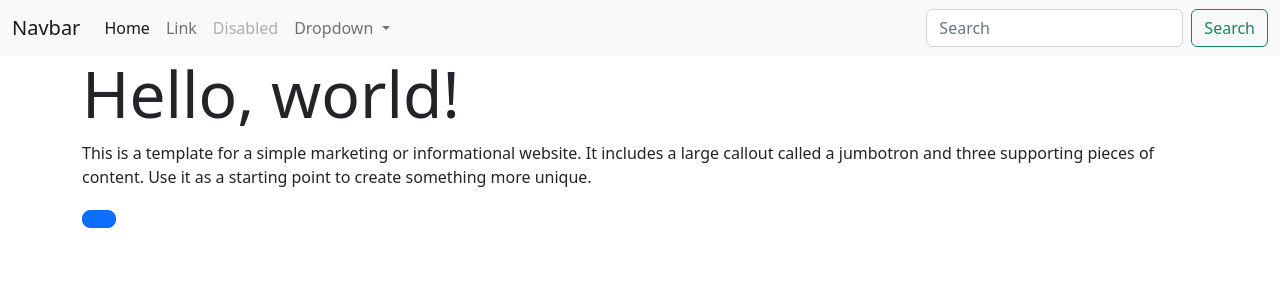
Repository: trongtamdev/lession1_html_sleepcloud
Page: jumbotron.html
These files come from the project's save history. The page is drawn as it stood at one moment and after the next save; the edit follows.
The browser window is 1280 px wide. The pictures show the whole page.

Above is the page before, as saved 2022-09-10 15:19:29.

### jumbotron.html
<!DOCTYPE html>
<html lang="en">
  <head>
    <meta charset="UTF-8" />
    <meta http-equiv="X-UA-Compatible" content="IE=edge" />
    <meta name="viewport" content="width=device-width, initial-scale=1.0" />
    <title>Jumbotron</title>
    <link href="./styles/bootstrap.css" rel="stylesheet" />
    <script src="https://cdn.jsdelivr.net/npm/bootstrap@5.2.1/dist/js/bootstrap.bundle.min.js"></script>
  </head>
  <body>
    <nav class="navbar navbar-expand-lg bg-light">
      <div class="container-fluid">
        <a class="navbar-brand" href="#">Navbar</a>
        <button
          class="navbar-toggler"
          type="button"
          data-bs-toggle="collapse"
          data-bs-target="#navbarSupportedContent"
          aria-controls="navbarSupportedContent"
          aria-expanded="false"
          aria-label="Toggle navigation"
        >
          <span class="navbar-toggler-icon"></span>
        </button>
        <div class="collapse navbar-collapse" id="navbarSupportedContent">
          <ul class="navbar-nav me-auto mb-2 mb-lg-0">
            <li class="nav-item">
              <a class="nav-link active" aria-current="page" href="#">Home</a>
            </li>
            <li class="nav-item">
              <a class="nav-link" href="#">Link</a>
            </li>
            <li class="nav-item">
              <a class="nav-link disabled">Disabled</a>
            </li>
            <li class="nav-item dropdown">
              <a
                class="nav-link dropdown-toggle"
                href="#"
                role="button"
                data-bs-toggle="dropdown"
                aria-expanded="false"
              >
                Dropdown
              </a>
              <ul class="dropdown-menu">
                <li><a class="dropdown-item" href="#">Action</a></li>
                <li><a class="dropdown-item" href="#">Another action</a></li>
                <li><hr class="dropdown-divider" /></li>
                <li>
                  <a class="dropdown-item" href="#">Something else here</a>
                </li>
              </ul>
            </li>
          </ul>
          <form class="d-flex" role="search">
            <input
              class="form-control me-2"
              type="search"
              placeholder="Search"
              aria-label="Search"
            />
            <button class="btn btn-outline-success" type="submit">
              Search
            </button>
          </form>
        </div>
      </div>
    </nav>

    <main>
      <div class="jumbotron">
        <div class="container">
          <h1 class="display-3">Hello, world!</h1>
          <p>
            This is a template for a simple marketing or informational website.
            It includes a large callout called a jumbotron and three supporting
            pieces of content. Use it as a starting point to create something
            more unique.
          </p>
          <p><a class="btn btn-primary btn-lg"></a></p>
        </div>
      </div>
    </main>
  </body>
</html>

Loaded but not shown: styles/bootstrap.css (library)

After the next save:
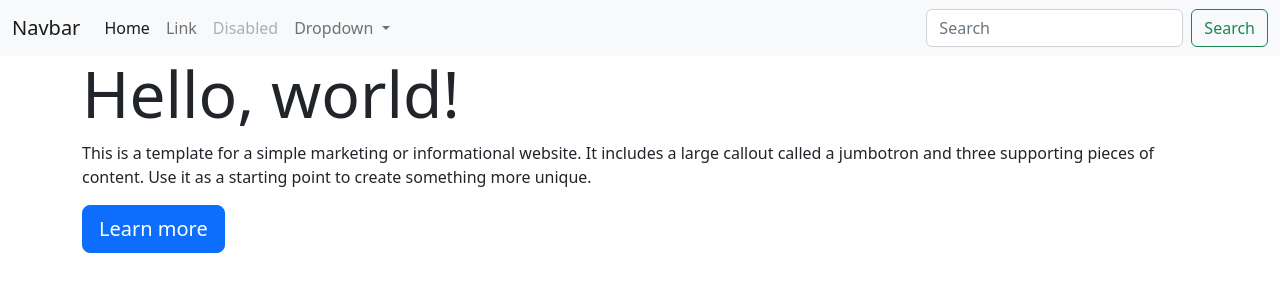
Saved 6 s later.
--- a/jumbotron.html
+++ b/jumbotron.html
@@ -79,7 +79,7 @@
             pieces of content. Use it as a starting point to create something
             more unique.
           </p>
-          <p><a class="btn btn-primary btn-lg"></a></p>
+          <p><a class="btn btn-primary btn-lg">Learn more</a></p>
         </div>
       </div>
     </main>
